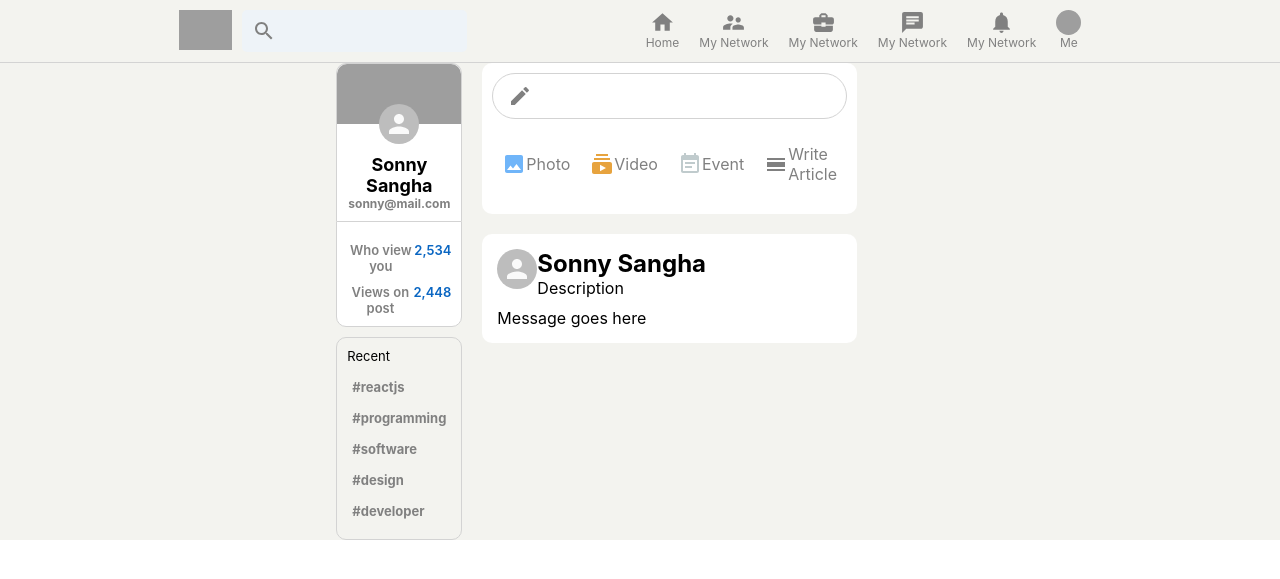
Repository: joaogamarra/linkedin-clone
Page: /
These files come from the project's save history. The page is drawn as it stood at one moment and after the next save; the edit follows.
The browser window is 1280 px wide. The pictures show the whole page.
Pictures or frames that could not be fetched are drawn as grey boxes. The project was rebuilt for these pictures with package versions that can differ from the ones it lists, and the page was loaded fresh each time.

Above is the page before, as saved 2021-02-19 14:20:25.

After the next save:
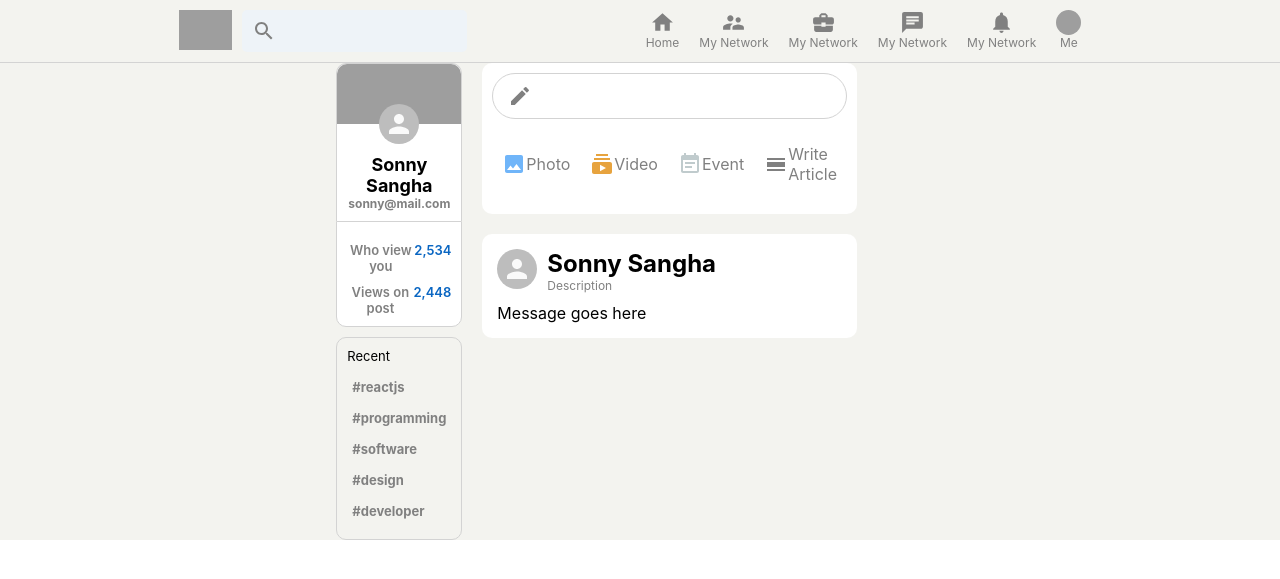
Saved 80 s later.
--- a/src/components/feed/Post.css
+++ b/src/components/feed/Post.css
@@ -9,3 +9,16 @@
 	display: flex;
 	margin-bottom: 10px;
 }
+
+.post__info {
+	margin-left: 10px;
+}
+
+.post__info > p {
+	font-size: 12px;
+	color: gray;
+}
+
+.post__body {
+	overflow-wrap: anywhere;
+}
